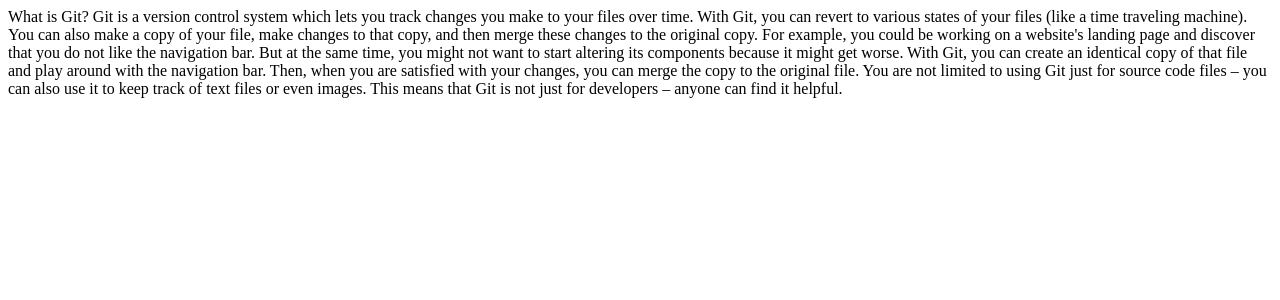
Repository: dev-singh-kanyal/Archive-git_github
Page: index.html
An editor plug-in stored every save of this project. The page is shown before and after a run of saves, followed by the edit.
The browser window is 1280 px wide. The pictures show the whole page.

Above is the page before, as saved 2022-06-24 15:02:25.

### index.html
<!DOCTYPE html>
<html lang="en">
<head>
    <meta charset="UTF-8">
    <meta http-equiv="X-UA-Compatible" content="IE=edge">
    <meta name="viewport" content="width=device-width, initial-scale=1.0">
    <title>Git and GitHub</title>
</head>
<body>
    What is Git?
Git is a version control system which lets you track changes you make to your files over time. With Git, you can revert to various states of your files (like a time traveling machine). You can also make a copy of your file, make changes to that copy, and then merge these changes to the original copy.

For example, you could be working on a website's landing page and discover that you do not like the navigation bar. But at the same time, you might not want to start altering its components because it might get worse.

With Git, you can create an identical copy of that file and play around with the navigation bar. Then, when you are satisfied with your changes, you can merge the copy to the original file.

You are not limited to using Git just for source code files – you can also use it to keep track of text files or even images. This means that Git is not just for developers – anyone can find it helpful.
</body>
</html>

After the next 4 saves:
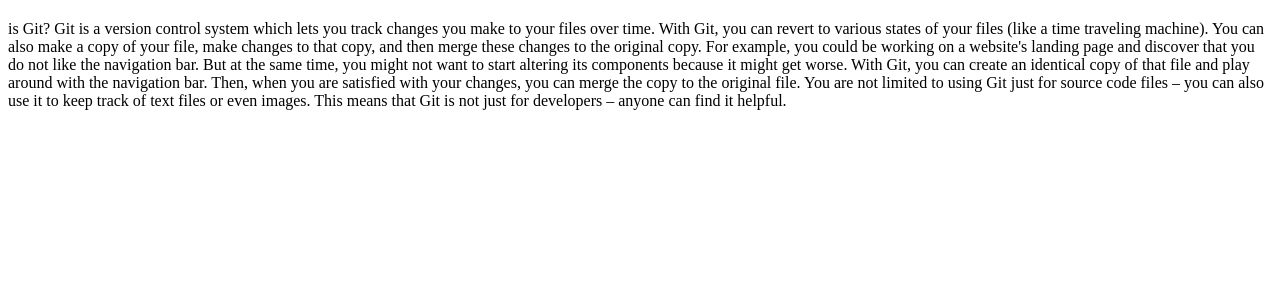
The 4 saves are shown as one change because they came seconds apart.
The last was saved 9 s later.
--- a/index.html
+++ b/index.html
@@ -7,7 +7,7 @@
     <title>Git and GitHub</title>
 </head>
 <body>
-    What is Git?
+<h2></h2> is Git?
 Git is a version control system which lets you track changes you make to your files over time. With Git, you can revert to various states of your files (like a time traveling machine). You can also make a copy of your file, make changes to that copy, and then merge these changes to the original copy.
 
 For example, you could be working on a website's landing page and discover that you do not like the navigation bar. But at the same time, you might not want to start altering its components because it might get worse.
